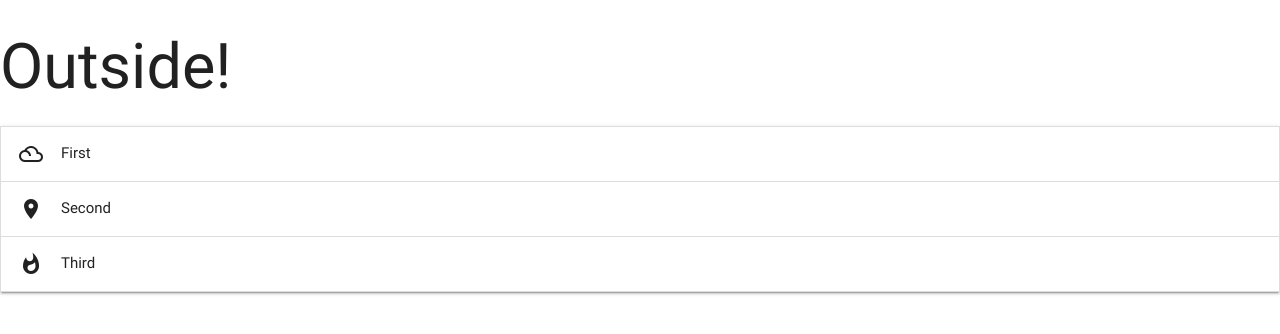
Repository: MelBiggs/task_manager
Page: http://localhost/
The author's editor kept a record of every edit. The page is drawn from the files as they stood at one moment, then again after the next edit.
The browser window is 1280 px wide. The pictures show the whole page.
The page is served by the project's application, run on Flask 3 (app.py). Queries for data that is not in the repository find no rows.

Above is the page before.

### templates/tasks.html
{% extends 'base.html' %}
{% block content %}
    {% for task in tasks %}
        {{task.task_name}}
        {{task.category_name}}
        {{task.task_description}}
        {{task.is_urgent}}
        {{task.due_date}}
    {% endfor %}

  <ul class="collapsible">
    <li>
      <div class="collapsible-header"><i class="material-icons">filter_drama</i>First</div>
      <div class="collapsible-body"><span>Lorem ipsum dolor sit amet.</span></div>
    </li>
    <li>
      <div class="collapsible-header"><i class="material-icons">place</i>Second</div>
      <div class="collapsible-body"><span>Lorem ipsum dolor sit amet.</span></div>
    </li>
    <li>
      <div class="collapsible-header"><i class="material-icons">whatshot</i>Third</div>
      <div class="collapsible-body"><span>Lorem ipsum dolor sit amet.</span></div>
    </li>
  </ul>

{% endblock %}

### templates/base.html
<!DOCTYPE html>
<html>
    <head>
        <link href="https://fonts.googleapis.com/icon?family=Material+Icons" rel="stylesheet">
        <link rel="stylesheet"  href="https://cdnjs.cloudflare.com/ajax/libs/materialize/0.100.2/css/materialize.min.css">
    </head>
    <body>
        <h1>Outside!</h1>
        {% block content %}
        {% endblock %}
    </body>
</html>

### app.py
import os
from flask import Flask, render_template, redirect, request, url_for
from flask_pymongo import PyMongo
from bson.objectid import ObjectId

app = Flask(__name__)
app.config["MONGO_DBNAME"] = 'task_manager'
app.config["MONGO_URI"] = os.getenv('MONGO_URI', 'mongodb://localhost')

mongo = PyMongo(app)

@app.route('/')
@app.route('/get_tasks')
def get_tasks():
    return render_template("tasks.html",
                           tasks=mongo.db.tasks.find())


@app.route('/add_task')
def add_task():
    return render_template('addtask.html',
                           categories=mongo.db.categories.find())


@app.route('/insert_task', methods=['POST'])
def insert_task():
    tasks = mongo.db.tasks
    tasks.insert_one(request.form.to_dict())
    return redirect(url_for('get_tasks'))


if __name__ == '__main__':
    app.run(host=os.environ.get('IP'),
        port=int(os.environ.get('PORT')),
        debug=True)

After the next edit:
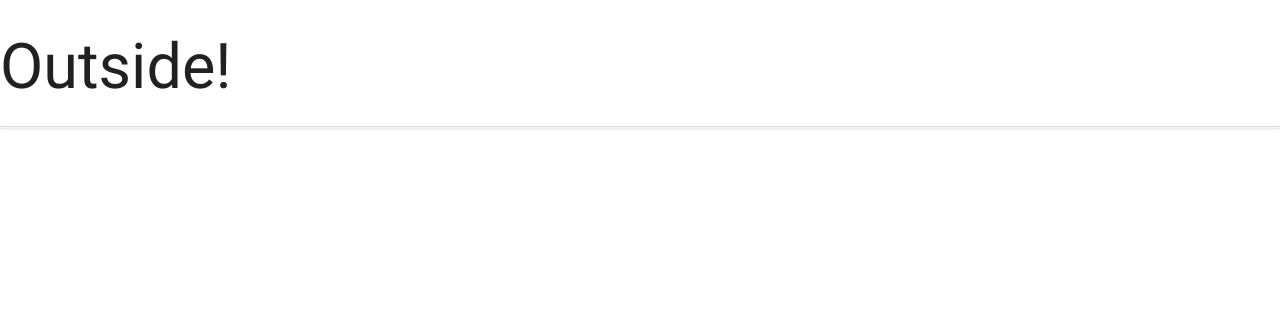
The edit:
--- a/templates/tasks.html
+++ b/templates/tasks.html
@@ -1,26 +1,19 @@
-{% extends 'base.html' %}
-{% block content %}
+{% extends 'base.html' %} {% block content %}
+<ul class="collapsible" data-collapsible="accordion">
     {% for task in tasks %}
-        {{task.task_name}}
-        {{task.category_name}}
-        {{task.task_description}}
-        {{task.is_urgent}}
-        {{task.due_date}}
+    <li>
+        <div class="collapsible-header">
+
+            <div class=" task_header col s9">
+                <i class="material-icons">expand_more</i> {{task.task_name}} - {{task.due_date}}
+            </div>
+        </div>
+        <div class="collapsible-body">
+            <span>
+                    {{task.task_description}}
+                </span>
+        </div>
+    </li>
     {% endfor %}
-
-  <ul class="collapsible">
-    <li>
-      <div class="collapsible-header"><i class="material-icons">filter_drama</i>First</div>
-      <div class="collapsible-body"><span>Lorem ipsum dolor sit amet.</span></div>
-    </li>
-    <li>
-      <div class="collapsible-header"><i class="material-icons">place</i>Second</div>
-      <div class="collapsible-body"><span>Lorem ipsum dolor sit amet.</span></div>
-    </li>
-    <li>
-      <div class="collapsible-header"><i class="material-icons">whatshot</i>Third</div>
-      <div class="collapsible-body"><span>Lorem ipsum dolor sit amet.</span></div>
-    </li>
-  </ul>
-
+</ul>
 {% endblock %}
